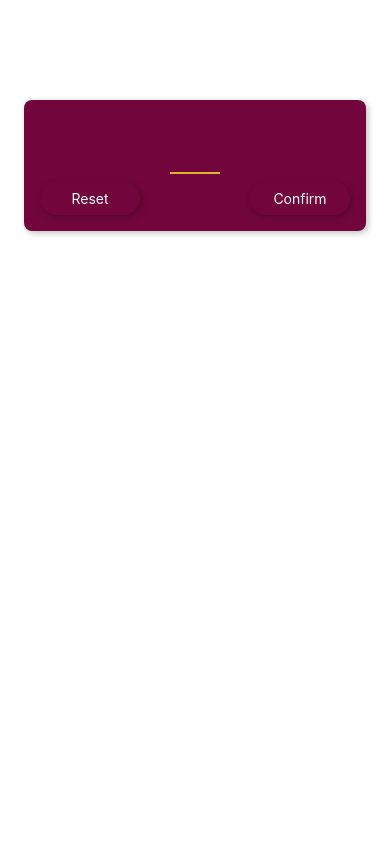
Repository: cobalt88/miniGameApp
Screen: /
An editor plug-in stored every save of this project. The screen is shown before and after the next save, followed by the edit.
The app was drawn by React Native's web renderer in a window 390 px wide. The project was rebuilt for these pictures with package versions that can differ from the ones it lists, and the page was loaded fresh each time.

Above is the screen before, as saved 2023-02-02 16:42:38.

After the next save:
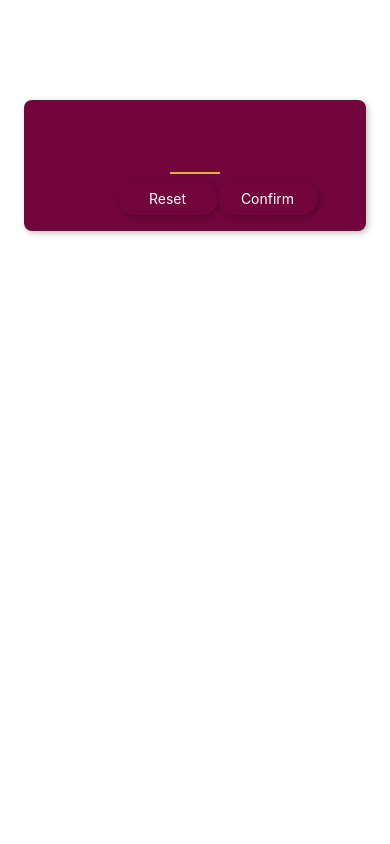
Saved 21 s later.
--- a/screens/StartGameScreen.js
+++ b/screens/StartGameScreen.js
@@ -49,6 +49,6 @@
   buttonContainer: {
     flexDirection: "row",
     justifyContent: "space-between",
-    width: "100%",
+    width: "50%",
   },
 });

After the save that followed:
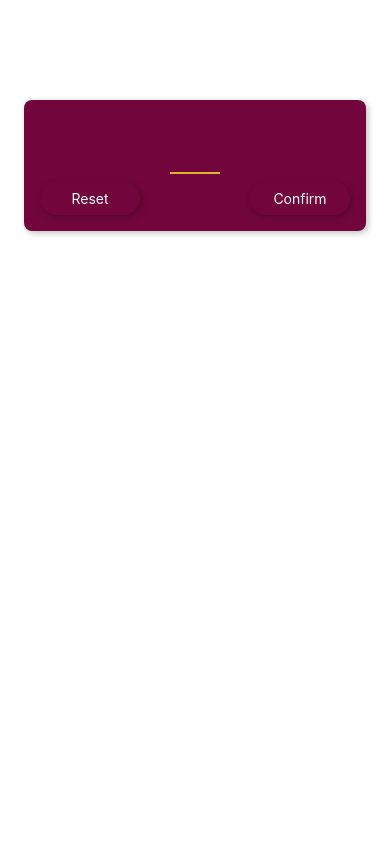
Saved 9 s later.
--- a/screens/StartGameScreen.js
+++ b/screens/StartGameScreen.js
@@ -49,6 +49,6 @@
   buttonContainer: {
     flexDirection: "row",
     justifyContent: "space-between",
-    width: "50%",
+    width: "100%",
   },
 });
